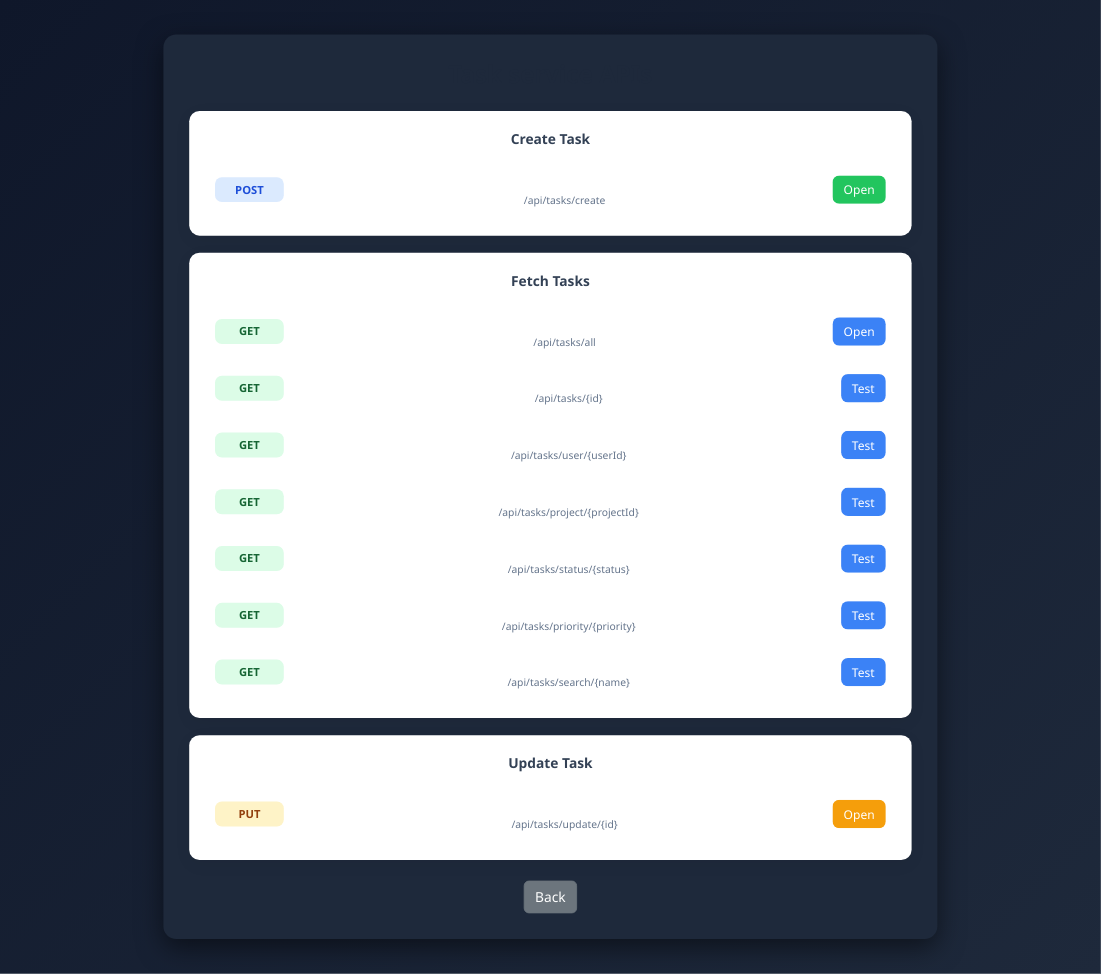
Repository: Rohan-911/task-management
Page: http://localhost/taskservice/task-endpoints
These files come from the project's save history. The page is drawn as it stood at one moment and after the next save; the edit follows.
The browser window is 1280 px wide. The pictures show the whole page, at 86% of full size.
The page is this project's Thymeleaf template; nobody is signed in. The template is opened directly, without the code that normally fills it, so the values that code supplies are empty.

Above is the page before, as saved 2026-04-20 07:32:17.

After the next save:
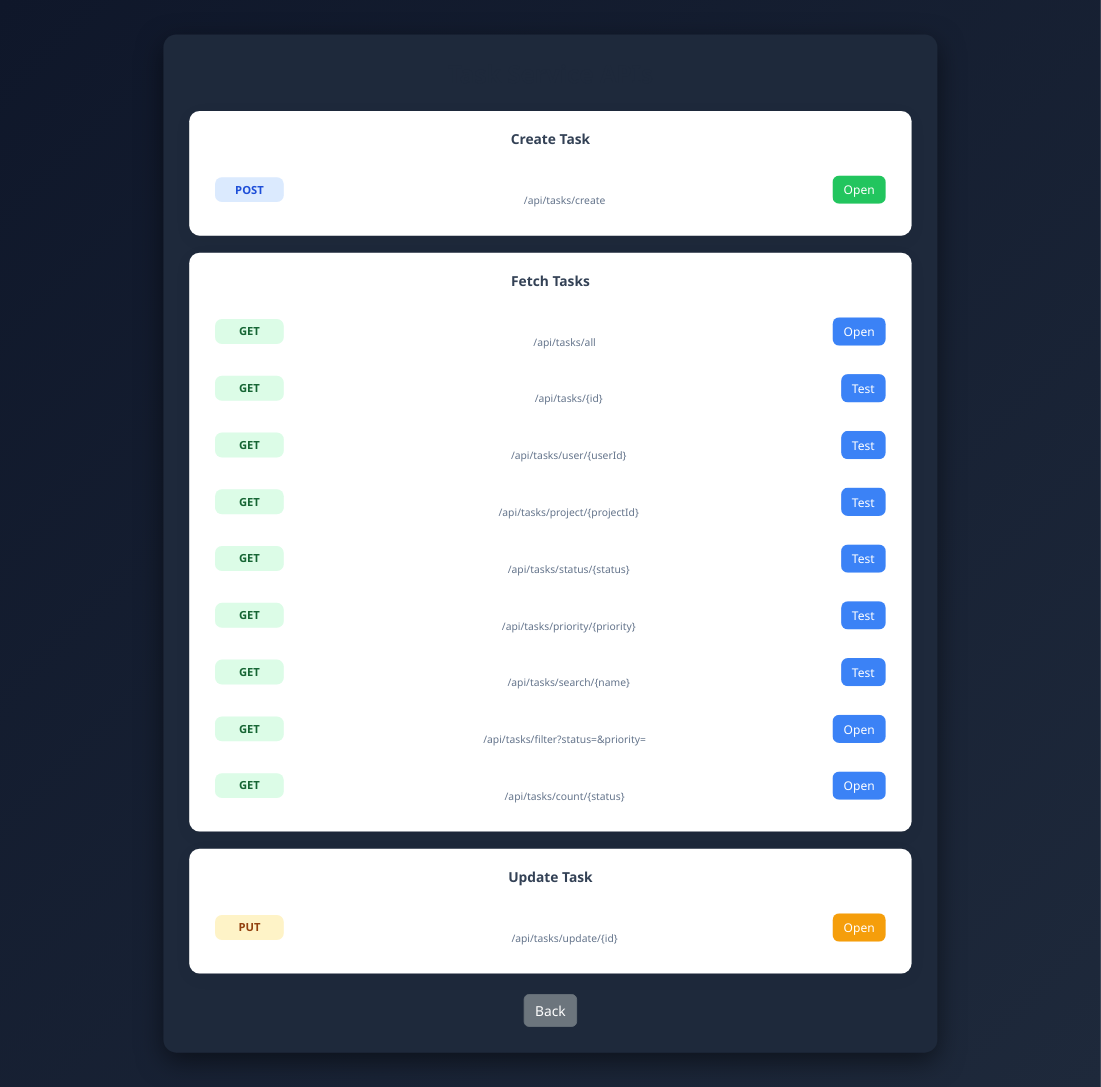
Saved 75 min 29 s later.
--- a/frontend/src/main/resources/templates/taskservice/task-endpoints.html
+++ b/frontend/src/main/resources/templates/taskservice/task-endpoints.html
@@ -7,24 +7,22 @@
     <link href="https://cdn.jsdelivr.net/npm/bootstrap@5.3.0/dist/css/bootstrap.min.css" rel="stylesheet">
 
 	<style>
-	        body {
-	            background: linear-gradient(135deg, #0f172a, #1e293b);
-	            color: white;
-	            font-family: 'Segoe UI', sans-serif;
-	        }
-
-	        .container-box {
-	            max-width: 900px;
-	            margin: 40px auto;
-	            padding: 30px;
-	            border-radius: 15px;
-	            background: #1e293b;
-	            text-align: center;
-	            box-shadow: 0 10px 30px rgba(0,0,0,0.5);
-	        }
-
-
-        /* HEADER */
+        body {
+            background: linear-gradient(135deg, #0f172a, #1e293b);
+            color: white;
+            font-family: 'Segoe UI', sans-serif;
+        }
+
+        .container-box {
+            max-width: 900px;
+            margin: 40px auto;
+            padding: 30px;
+            border-radius: 15px;
+            background: #1e293b;
+            text-align: center;
+            box-shadow: 0 10px 30px rgba(0,0,0,0.5);
+        }
+
         .page-title {
             text-align: center;
             font-weight: 700;
@@ -32,7 +30,6 @@
             color: #1e293b;
         }
 
-        /* SECTION CARD */
         .section {
             background: white;
             border-radius: 12px;
@@ -47,7 +44,6 @@
             color: #334155;
         }
 
-        /* ENDPOINT ROW */
         .endpoint {
             display: flex;
             align-items: center;
@@ -61,7 +57,6 @@
             background: #f1f5f9;
         }
 
-        /* METHOD BADGE */
         .method {
             width: 80px;
             text-align: center;
@@ -76,7 +71,6 @@
         .put { background: #fef3c7; color: #92400e; }
         .delete { background: #fee2e2; color: #991b1b; }
 
-        /* ENDPOINT TEXT */
         .endpoint-info {
             flex: 1;
             margin-left: 15px;
@@ -88,7 +82,6 @@
             color: #64748b;
         }
 
-        /* BUTTONS */
         .btn-sm {
             border-radius: 8px;
             padding: 5px 12px;
@@ -97,7 +90,6 @@
         .btn-open { background: #22c55e; color: white; }
         .btn-test { background: #3b82f6; color: white; }
         .btn-update { background: #f59e0b; color: white; }
-
     </style>
 </head>
 
@@ -105,7 +97,7 @@
 
 <div class="container-box">
 
-    <h3 class="page-title"> Task service APIs</h3>
+    <h3 class="page-title">Task Service APIs</h3>
 
     <!-- CREATE -->
     <div class="section">
@@ -187,6 +179,27 @@
             </div>
             <a href="/tasks/search?name=Test Task" class="btn btn-test btn-sm">Test</a>
         </div>
+
+        <!-- 🔥 NEW: FILTER -->
+        <div class="endpoint">
+            <div class="method get">GET</div>
+            <div class="endpoint-info">
+                Filter Tasks (Status + Priority)
+                <small>/api/tasks/filter?status=&priority=</small>
+            </div>
+            <a href="/tasks/filter" class="btn btn-test btn-sm">Open</a>
+        </div>
+
+        <!-- 🔥 NEW: COUNT -->
+        <div class="endpoint">
+            <div class="method get">GET</div>
+            <div class="endpoint-info">
+                Count Tasks By Status
+                <small>/api/tasks/count/{status}</small>
+            </div>
+            <a href="/tasks/count" class="btn btn-test btn-sm">Open</a>
+        </div>
+
     </div>
 
     <!-- UPDATE -->
@@ -205,7 +218,7 @@
 
     <!-- BACK -->
     <div class="text-center mt-4">
-        <a href="/home" class="btn btn-secondary"> Back</a>
+        <a href="/home" class="btn btn-secondary">Back</a>
     </div>
 
 </div>
